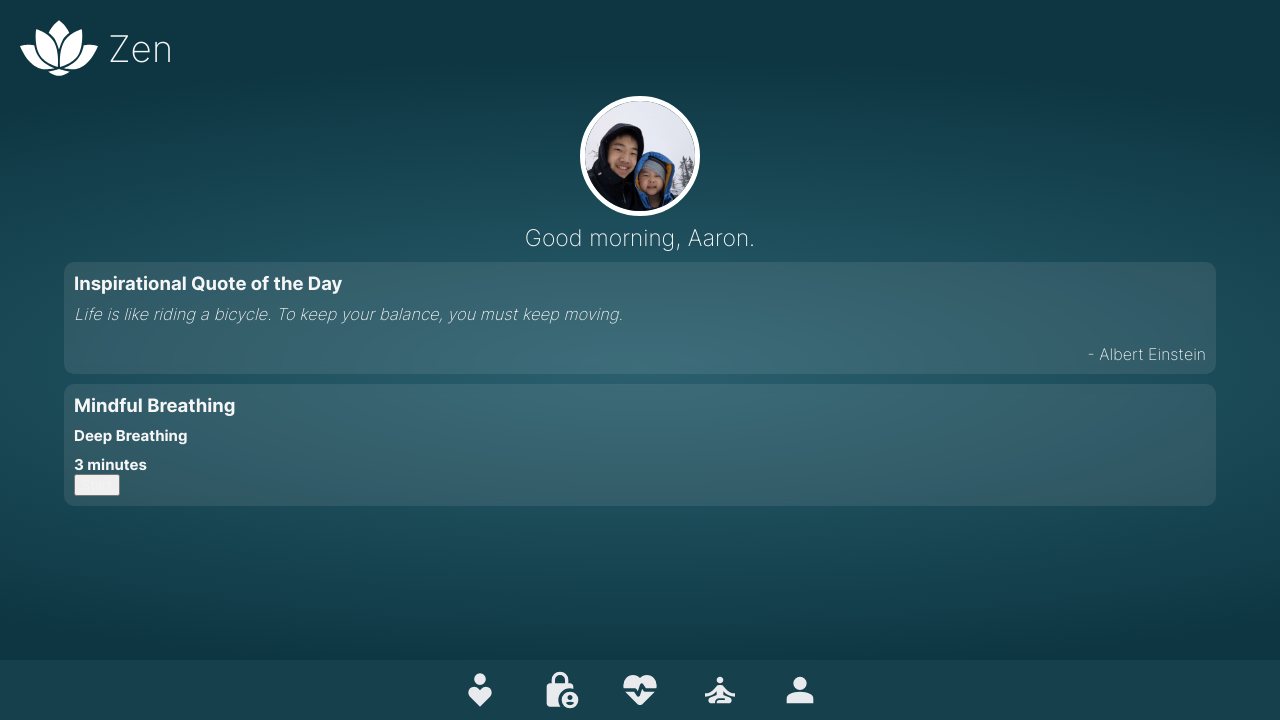
Repository: aaronw-dev/Zen
Page: mindful_dashboard.html
The author's editor kept a copy of each file at every save. The page is drawn from the files as they stood at one save, then again after the next save.
The browser window is 1280 px wide. The pictures show the whole page.

Above is the page before, as saved 2024-06-08 14:51:14.

### mindful_dashboard.html
<!DOCTYPE html>
<html lang="en">

<head>
    <meta charset="UTF-8">
    <meta name="viewport" content="width=device-width, initial-scale=1.0">
    <title>Zen</title>
    <link rel="stylesheet" href="../static/colors.css">
    <link rel="stylesheet" href="../static/awdev.css">
</head>

<body>
    <nav>
        <img src="../logo.svg">
        <span class="nav-text">Zen</span>
    </nav>
    <div class="zen-wrapper">
        <div class="greeting">
            <div class="profile-icon-wrapper">
                <img class="profile-icon" src="../static/images/brothers.jpg">
            </div>
            <span class="greeting-text">Good morning, Aaron.</span>
        </div>
        <div class="zen-block">
            <h1 class="zen-block-title">Inspirational Quote of the Day</h1>
            <div class="quote-block">Life is like riding a bicycle. To keep your balance, you must keep moving.</div>
            <div class="quote-author">Albert Einstein</div>
        </div>
        <div class="zen-block">
            <h1 class="zen-block-title">Mindful Breathing</h1>
            <div class="mindful-actions">
                <h2 class="mindful-title">Deep Breathing</h2>
                <h2 class="mindful-time">3 minutes</h2>
                <button class="mindful-button">Start</button>
            </div>
        </div>
    </div>
    <div class="bottom-nav">
        <img src="../static/icons/counselling.svg">
        <img src="../static/icons/journal.svg">
        <img src="../static/icons/crisis.svg">
        <img src="../static/icons/meditate.svg">
        <img src="../static/icons/profile.svg">
    </div>
</body>

</html>

### static/colors.css
:root {
    --text: #F6F6F6;
    --buttons: #0F2F38;
    --radial-bg: radial-gradient(89.12% 42.87% at 50.08% 50.93%, #2B606F 0%, #0D3642 100%);
    --linear-bg: linear-gradient(170deg, #0F2F38 9.2%, #224B56 91.67%);
}

### static/awdev.css
@font-face {
    font-family: Inter;
    src: url("./font/Inter-Bold.ttf");
    font-weight: bold;
}

@font-face {
    font-family: Inter;
    src: url("./font/Inter-ExtraLight.ttf");
    font-weight: lighter;
}

html {
    height: 100%;
}

body {
    height: 100%;
    margin: 0px;
    background-repeat: no-repeat;
    background-attachment: fixed;
    background: var(--radial-bg);
}

* {
    font-family: Inter;
    color: var(--text);
    font-weight: lighter;
}

h1,
h2,
h3,
h4,
h5,
h6,
p {
    margin-top: 0;
    margin-bottom: 0;
}

nav {
    height: min-content;
    display: flex;
    align-items: center;
    gap: 10px;
    padding: 20px;
}

nav img {
    height: 3.5em;
}

.nav-text {
    font-size: 2.3em;
}

.bottom-nav {
    display: flex;
    width: 100%;
    justify-content: center;
    position: absolute;
    bottom: 0px;
    left: 0;
    z-index: 100;
    background-color: #16404B;
    padding: 10px 0px;
    gap: 40px;
}

.bottom-nav img {
    height: 40px;
}

.zen-wrapper {
    display: flex;
    flex-direction: column;
    gap: 10px;
    align-items: center;
}

.greeting {
    width: 100%;
    display: flex;
    flex-direction: column;
    align-items: center;
    gap: 8px;
}

.greeting-text {
    font-size: 23px;
}

.profile-icon-wrapper {
    border-radius: 50%;
    overflow: hidden;
    aspect-ratio: 1;
    width: 110px;
    border: 5px solid white;
}

.profile-icon {
    width: 100%;
    transform: translateY(-15px);
}

.zen-block {
    width: 90%;
    padding: 10px;
    box-sizing: border-box;
    border-radius: 10px;
    background: rgba(220, 220, 220, 0.11);
    backdrop-filter: blur(4.45px);
}

.zen-block .zen-block-title {
    font-weight: bold;
    font-size: 18.5px;
}

.quote-block {
    margin-top: 10px;
    font-style: italic;
    font-size: 16.5px;
}

.quote-author {
    margin-left: auto;
    margin-top: 20px;
    width: fit-content;
}

.quote-author::before {
    content: "- ";
}

.mindful-actions {
    display: flex;
    flex-direction: row;
    flex-wrap: nowrap;
    justify-content: space-between;
    align-items: normal;
    align-content: normal;
  }
  .mindful-title{
    padding-top: 10px;
    color: #F6F6F6;
    font-family: Inter;
    font-size: 15px;
    font-style: normal;
    font-weight: 700;
    line-height: normal;
  }
  .mindful-time{
    padding-top: 10px;
    color: #F6F6F6;
    font-family: Inter;
    font-size: 15px;
    font-style: normal;
    font-weight: 700;
    line-height: normal;
  }

  .mindful-actions:nth-child(1) {
    display: block;
    flex-grow: 0;
    flex-shrink: 1;
    flex-basis: auto;
    align-self: auto;
    order: 0;
  }

  .mindful-actions:nth-child(2) {
    display: block;
    flex-grow: 0;
    flex-shrink: 1;
    flex-basis: auto;
    align-self: auto;
    order: 0;
  }

After the next save:
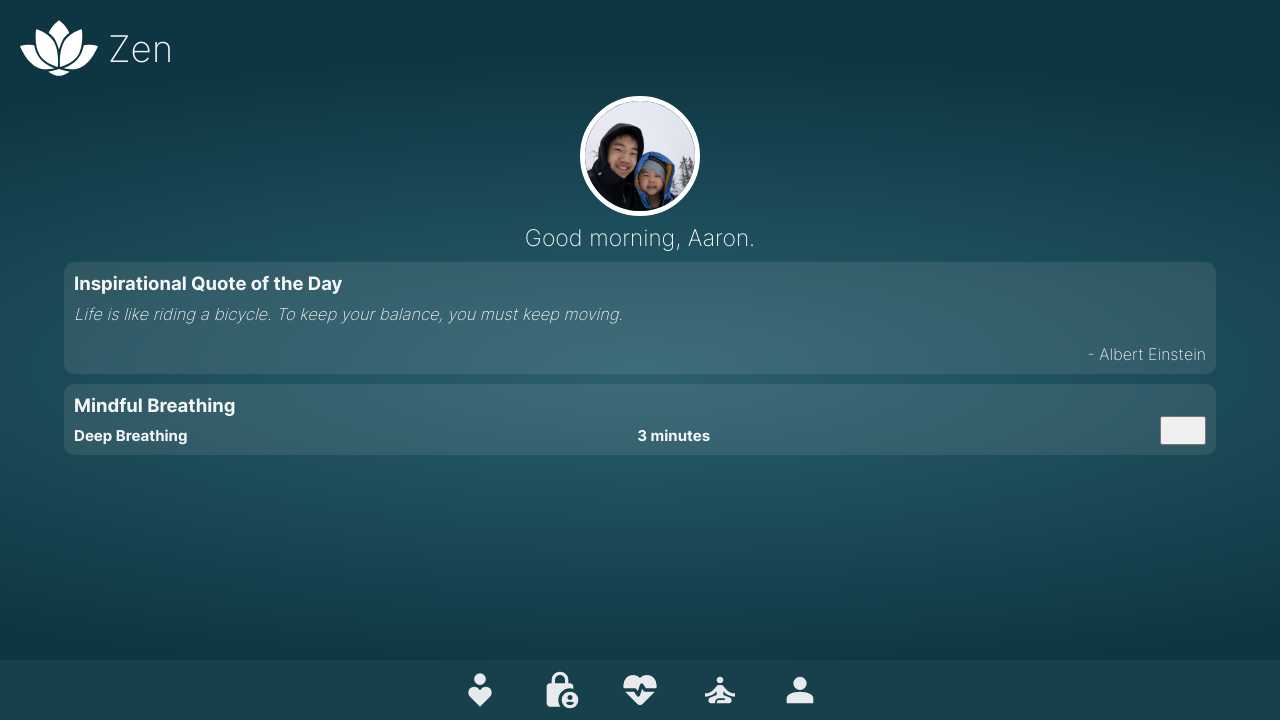
Saved 22 s later.
--- a/static/awdev.css
+++ b/static/awdev.css
@@ -160,21 +160,3 @@ nav img {
     font-weight: 700;
     line-height: normal;
   }
-
-  .mindful-actions:nth-child(1) {
-    display: block;
-    flex-grow: 0;
-    flex-shrink: 1;
-    flex-basis: auto;
-    align-self: auto;
-    order: 0;
-  }
-
-  .mindful-actions:nth-child(2) {
-    display: block;
-    flex-grow: 0;
-    flex-shrink: 1;
-    flex-basis: auto;
-    align-self: auto;
-    order: 0;
-  }
